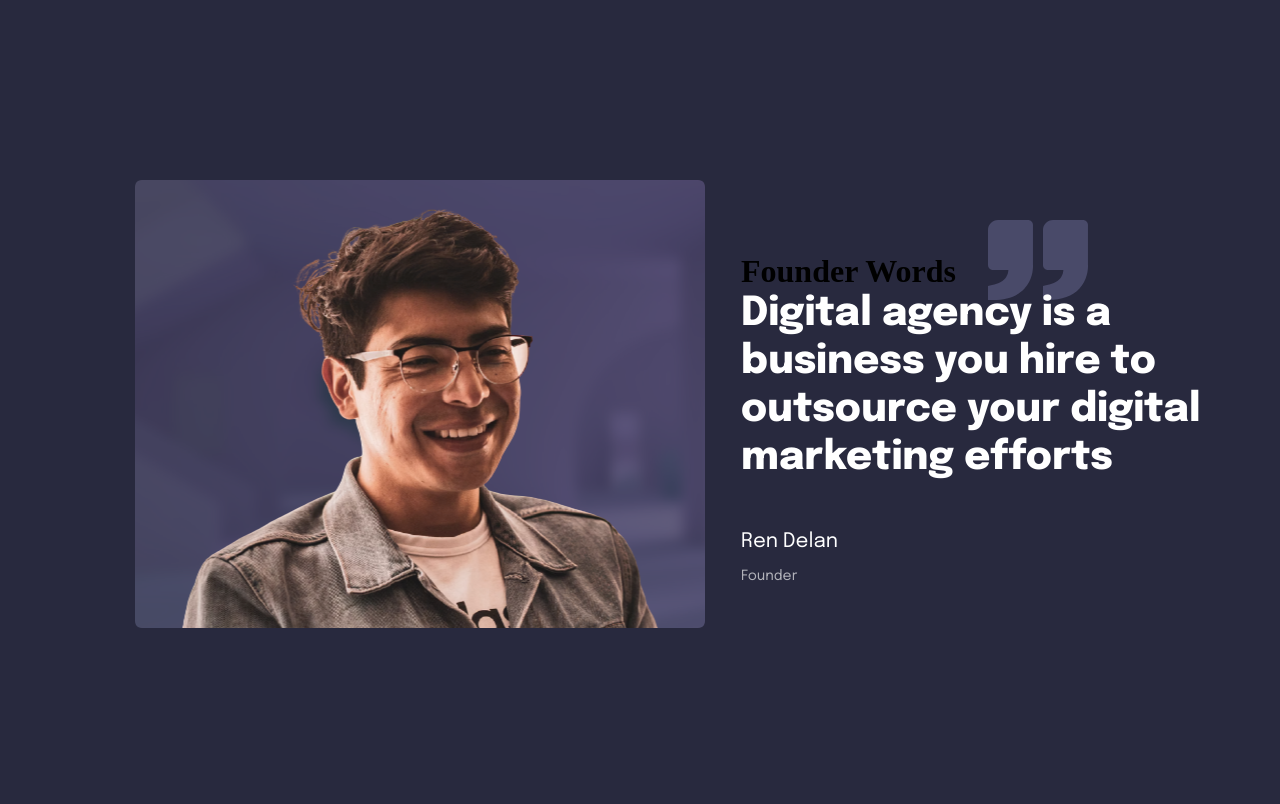
Repository: NatiqSamiyev/image-task
Page: founderWords/index.html
An editor plug-in stored every save of this project. The page is shown before and after the next save, followed by the edit.
The browser window is 1280 px wide. The pictures show the whole page.

Above is the page before, as saved 2023-09-02 15:41:22.

### founderWords/index.html
<!DOCTYPE html>
<html lang="en">
  <head>
    <meta charset="UTF-8" />
    <meta name="viewport" content="width=device-width, initial-scale=1.0" />
    <title>Document</title>
    <link rel="stylesheet" href="index.css" />
  </head>
  <body>
    <div class="founder-words-container">
      <div class="left-container">
        <img class="image-1" src="../image/Bitmap (3).svg" alt="" />

          <img class="image-2" src="../image/Bitmap (4).svg" alt="" />

      </div>

      <div class="right-container">

        <div class="box-1">

          <img src="../image/Shape (1).svg" alt="" />
        </div>

        <div class="box-2">
          <h1>Founder Words</h1>
          <p>
            Digital agency is a business you hire to outsource your digital
            marketing efforts
          </p>
          <h2>Ren Delan</h2>
          <h3>Founder</h3>
        </div>
      </div>
    </div>
  </body>
</html>

### founderWords/index.css
@import url("https://fonts.googleapis.com/css2?family=Epilogue:wght@400;700;800&family=Roboto+Slab:wght@700&family=Roboto:wght@400;700&display=swap");
* {
  margin: 0;
  padding: 0;
  box-sizing: border-box;
}

.founder-words-container {
  width: 100%;
  padding: 180px 135px 176px 135px;
  background: #28293e;
  display: flex;
  justify-content: space-between;
}

.founder-words-container .left-container {
  width: 570px;
  height: 448px;
  position: relative;
}

.founder-words-container .left-container .image-1 {
  width: 570px;
  height: 448px;
}

.founder-words-container .left-container .image-2 {
  width: 477px;
  height: 420px;
  position: absolute;
  bottom: 0;
  left: 50%;
  transform: translateX(-50%);
}

.founder-words-container .right-container {
  width: 40%;
}

.founder-words-container .right-container .box-1 {
  display: flex;
  margin-top: 40px;
}

.founder-words-container .right-container .box-1 h1 {
  color: var(--Text_Light_Accent, #ef6d58);
  font-feature-settings: "clig" off, "liga" off;
  font-family: Epilogue;
  font-size: 16px;
  font-style: normal;
  font-weight: 400;
  line-height: 32px;
  letter-spacing: 3px;
  text-transform: uppercase;
}

.founder-words-container .right-container .box-1 img {
  width: 100px;
  height: 80px;
  fill: #494a69;
  position: absolute;
  right: 15%;
}

.founder-words-container .right-container .box-2 {
  position: relative;
  margin-top: 33px;
}

.founder-words-container .right-container .box-2 p {
  width: 470px;
  color: var(--Text_Light, #fff);
  font-feature-settings: "clig" off, "liga" off;
  font-family: Epilogue;
  font-size: 40px;
  font-style: normal;
  font-weight: 800;
  line-height: 48px;
}

.founder-words-container .right-container .box-2 h2 {
  margin-top: 44px;
  color: var(--Text_Light, #fff);
  font-feature-settings: "clig" off, "liga" off;
  font-family: Epilogue;
  font-size: 20px;
  font-style: normal;
  font-weight: 400;
  line-height: 32px;
}

.founder-words-container .right-container .box-2 h3 {
  margin-top: 6px;
  color: var(--Text_Light_Gray, rgba(255, 255, 255, 0.64));
  font-feature-settings: "clig" off, "liga" off;
  font-family: Epilogue;
  font-size: 14px;
  font-style: normal;
  font-weight: 400;
  line-height: 24px;
}

After the next save:
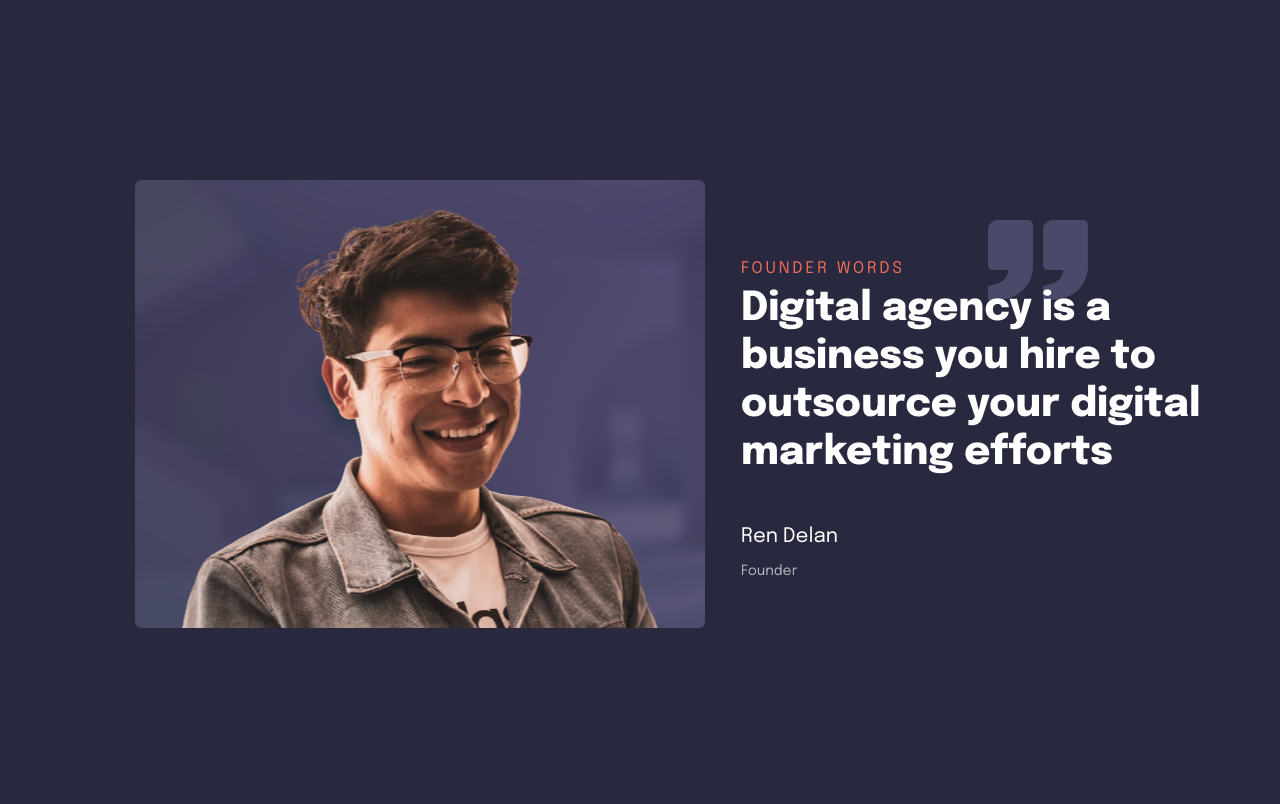
Saved 7 s later.
--- a/founderWords/index.css
+++ b/founderWords/index.css
@@ -42,7 +42,7 @@
   margin-top: 40px;
 }
 
-.founder-words-container .right-container .box-1 h1 {
+.founder-words-container .right-container .box-2 h1 {
   color: var(--Text_Light_Accent, #ef6d58);
   font-feature-settings: "clig" off, "liga" off;
   font-family: Epilogue;

After the save that followed:
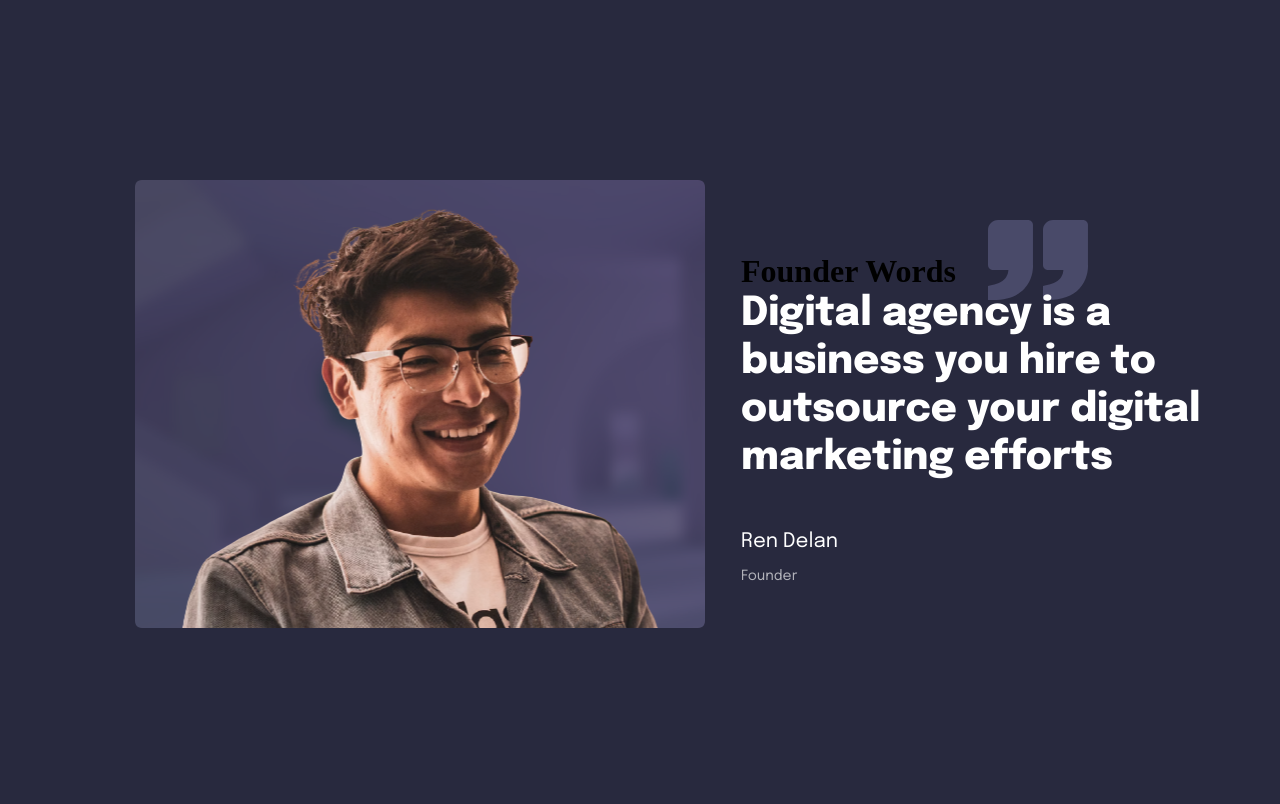
Saved 6 s later.
--- a/founderWords/index.css
+++ b/founderWords/index.css
@@ -42,17 +42,6 @@
   margin-top: 40px;
 }
 
-.founder-words-container .right-container .box-2 h1 {
-  color: var(--Text_Light_Accent, #ef6d58);
-  font-feature-settings: "clig" off, "liga" off;
-  font-family: Epilogue;
-  font-size: 16px;
-  font-style: normal;
-  font-weight: 400;
-  line-height: 32px;
-  letter-spacing: 3px;
-  text-transform: uppercase;
-}
 
 .founder-words-container .right-container .box-1 img {
   width: 100px;
